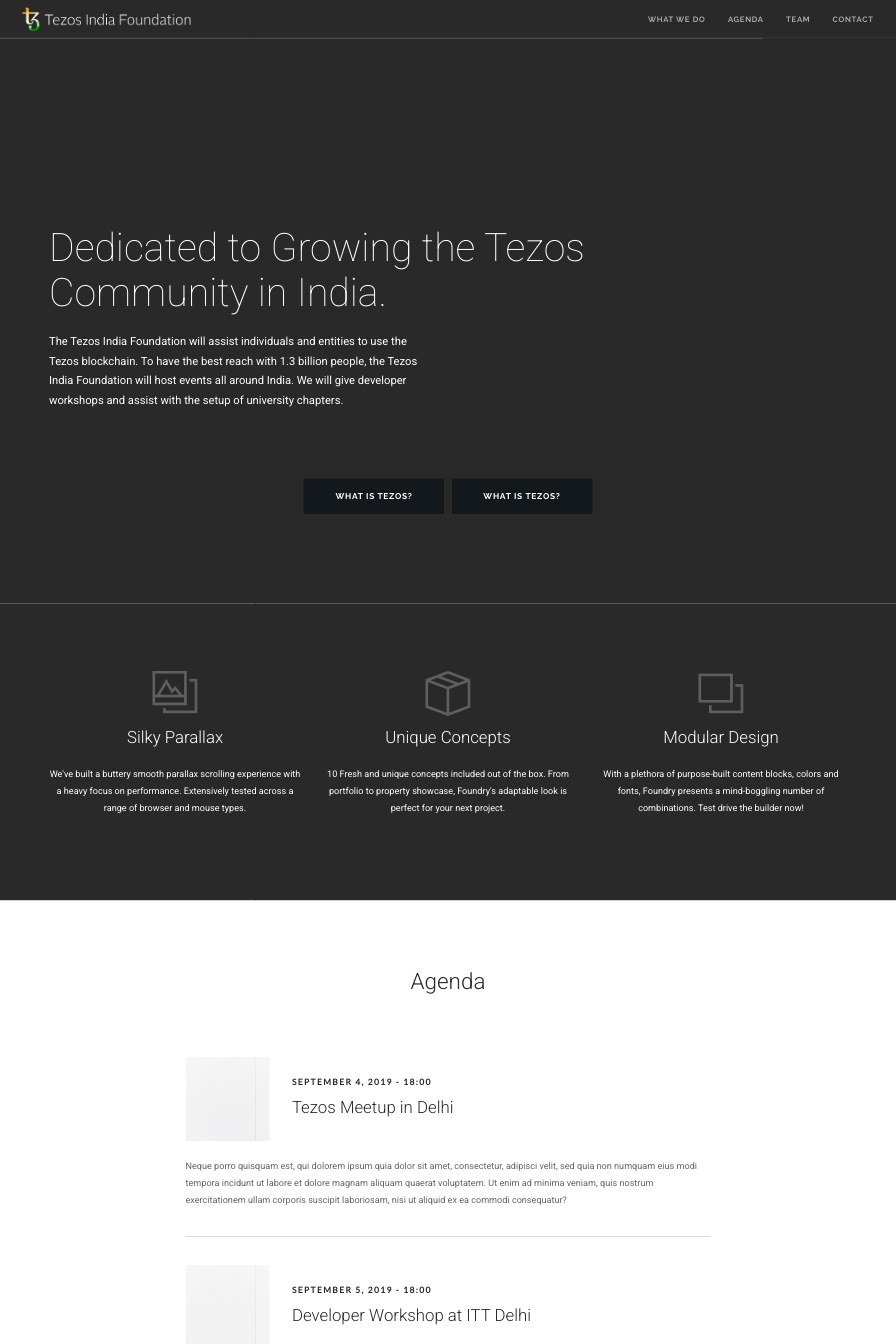
Repository: Tezos-India-Foundation/TIF-Website
Page: Tezos India Website/page.html
These files come from the project's save history. The page is drawn as it stood at one moment and after the next save; the edit follows.
The browser window is 1280 px wide. The pictures show the part of the page from y = 0 to 1920 px (the page is 3562 px tall), at 70% of full size.

Above is the page before, as saved 2019-08-06 15:56:06.

### Tezos India Website/page.html
<!doctype html>
<html lang="en">

<head>
	<meta charset="utf-8">
	<title></title>
	<meta name="viewport" content="width=device-width, initial-scale=1.0">
	<link href="css/font-awesome.min.css" rel="stylesheet" type="text/css" media="all">
	<link href="css/themify-icons.css" rel="stylesheet" type="text/css" media="all" />
	<link href="css/bootstrap.css" rel="stylesheet" type="text/css" media="all" />
	<link href="css/theme-nearblack.css" rel="stylesheet" type="text/css" media="all" />
	<link href="css/custom.css" rel="stylesheet" type="text/css" media="all" />
	<link
		href='http://fonts.googleapis.com/css?family=Lato:300,400%7CRaleway:100,400,300,500,600,700%7COpen+Sans:400,500,600'
		rel='stylesheet' type='text/css'>
	<link href="http://fonts.googleapis.com/css?family=Roboto:100,300,400,600,700" rel="stylesheet" type="text/css">
	<link href="css/font-roboto.css" rel="stylesheet" type="text/css">
</head>

<body>

	<div class="nav-container">




		<nav class="bg-dark">
			<div class="nav-bar">
				<div class="module left">
					<a href="index.html">
						<img class="logo logo-light" alt="Foundry" src="img\logo with text.png">
						<img class="logo logo-dark" alt="Foundry" src="img/logo-dark.png">
					</a>
				</div>
				<div class="module widget-handle mobile-toggle right visible-sm visible-xs">
					<i class="ti-menu"></i>
				</div>
				<div class="module-group right">
					<div class="module left">
						<ul class="menu">
							<li>
								<a href="#">What We Do</a>
							</li>
							<li>
								<a href="#">Agenda</a>
							</li>
							<li>
								<a href="#">Team</a>
							</li>
							<li>
								<a href="#">Contact</a>
							</li>
					</div>

				</div>
		</nav>





















































































	</div>

	<div class="main-container">





		<!-- <section class="cover fullscreen image-bg overlay">

			<div class="background-image-holder">
				<img alt="image" class="background-image" src="img/prop1.jpg">
			</div>
			<div class="container v-align-transform">
				<div class="row">
					<div class="col-sm-12 text-center">
						<h1 class="large mb16">Tezos India Foundation</h1>
						<h5 class="uppercase mb0">Education . meetups . partnerships</h5>
					</div>
				</div>

			</div>

			<div class="align-bottom relative-xs text-center" id="buttonslanding">
				<a class="btn btn-filled btn-lg mb32 mt-xs-40" href="#">What is Tezos?</a>
				<a class="btn btn-filled btn-lg mb32 mt-xs-40" href="#">Developer Resources</a>
			</div>

		</section> -->
		<section class="bg-dark">
			<div class="container">
				<div class="row">
					<!-- <div class="col-sm-12">

						<hr class="mb160 mb-xs-24">
					</div> -->
				</div>

				<div class="row" id="headerlanding">
					<div class="col-md-10">
						<h1 class="thin">Dedicated to Growing the Tezos Community in India.</h1>
					</div>
				</div>

				<div class="row mb160 mb-xs-0">
					<div class="col-md-6 col-sm-8">
						<p class="lead">The Tezos India Foundation will assist individuals and
							entities to use the Tezos blockchain. To have the best reach with 1.3 billion
							people, the Tezos India Foundation will host events all around
							India. We will give developer workshops and assist with the setup of university
							chapters.&nbsp;</p>
					</div>
				</div>

				<div class="align-bottom relative-xs text-center">
						<a class="btn btn-lg mb32 mt-xs-40 btn-filled" href="#">What is Tezos?</a>
						<a class="btn btn-lg mb32 mt-xs-40 btn-filled" href="#">What is Tezos?</a>
					</div>



			</div>

		</section>
	</section><section class="bg-dark">
			<div class="container">
				<div class="row">
					<div class="col-sm-4 text-center">
						<div class="feature">
							<i class="ti-gallery icon fade-3-4 inline-block mb16"></i>
							<h4>Silky Parallax</h4>
							<p>
								We've built a buttery smooth parallax scrolling experience with a heavy focus on performance. Extensively tested across a range of browser and mouse types.
							</p>
						</div>
					</div>
					<div class="col-sm-4 text-center">
						<div class="feature">
							<i class="ti-package icon fade-3-4 inline-block mb16"></i>
							<h4>Unique Concepts</h4>
							<p>
								10 Fresh and unique concepts included out of the box. From portfolio to property showcase, Foundry's adaptable look is perfect for your next project.
							</p>
						</div>
					</div>
					<div class="col-sm-4 text-center">
						<div class="feature">
							<i class="ti-layers icon fade-3-4 inline-block mb16"></i>
							<h4>Modular Design</h4>
							<p>
								With a plethora of purpose-built content blocks, colors and fonts, Foundry presents a mind-boggling number of combinations. Test drive the builder now!
							</p>
						</div>
					</div>
				</div>

			</div>

		</section>
		<section>
			<div class="container">
				<div class="row mb64 mb-xs-24">
					<div class="col-sm-12 text-center">
						<h3>Agenda</h3>

					</div>
				</div>

				<div class="row">
					<div class="col-md-offset-2 col-md-8">
						<div class="tabbed-content button-tabs">


									<div class="tab-content text-left">
										<div>
											<div class="overflow-hidden">
												<img alt="Pic" class="mb24 pull-left" src="img/avatar1.png">
												<div class="pull-left p32 p0-xs pt24">
													<h6 class="uppercase mb8 number">September 4, 2019 - 18:00</h6>
													<h4>Tezos Meetup in Delhi</h4>
												</div>
											</div>
											<p>
												Neque porro quisquam est, qui dolorem ipsum quia dolor sit amet,
												consectetur, adipisci velit, sed quia non numquam eius modi tempora
												incidunt ut labore et dolore magnam aliquam quaerat voluptatem. Ut enim
												ad minima veniam, quis nostrum exercitationem ullam corporis suscipit
												laboriosam, nisi ut aliquid ex ea commodi consequatur?
											</p>
											<hr class="mt40 mb40 mt-xs-0 mb-xs-24">
										</div>
										<div>
											<div class="overflow-hidden">
												<img alt="Pic" class="mb24 pull-left" src="img/avatar2.png">
												<div class="pull-left p32 p0-xs pt24">
													<h6 class="uppercase mb8 number">September 5, 2019 - 18:00</h6>
													<h4>Developer Workshop at ITT Delhi</h4>
												</div>
											</div>
											<p>
												Sed ut perspiciatis unde omnis iste natus error sit voluptatem
												accusantium doloremque laudantium, totam rem aperiam, eaque ipsa quae ab
												illo inventore veritatis et quasi architecto beatae vitae dicta sunt
												explicabo. Nemo enim ipsam voluptatem quia voluptas sit aspernatur aut
												odit aut fugit, sed quia consequuntur magni
											</p>
											<hr class="mt40 mb40 mt-xs-0 mb-xs-24">
										</div>
										<div>
											<div class="overflow-hidden">
												<img alt="Pic" class="mb24 pull-left" src="img/avatar2.png">
												<div class="pull-left p32 p0-xs pt24">
													<h6 class="uppercase mb8 number">September 5, 2019 - 18:00</h6>
													<h4>Developer Workshop at ITT Delhi</h4>
												</div>
											</div>
											<p>
												Sed ut perspiciatis unde omnis iste natus error sit voluptatem
												accusantium doloremque laudantium, totam rem aperiam, eaque ipsa quae ab
												illo inventore veritatis et quasi architecto beatae vitae dicta sunt
												explicabo. Nemo enim ipsam voluptatem quia voluptas sit aspernatur aut
												odit aut fugit, sed quia consequuntur magni
											</p>
											<hr class="mt40 mb40 mt-xs-0 mb-xs-24">
										</div>
									</div>

						</div>

					</div>
				</div>


		</section>
		<section class="bg-dark">
			<div class="container">
				<div class="row">
					<div class="col-md-4 col-sm-6">
						<div class="image-tile outer-title text-center">
							<img alt="Pic" src="img/team-1.jpg">
							<div class="title mb16">
								<h5 class="uppercase mb0">Bernd Oostrum</h5>
								<span>Director</span>
							</div>
							<p class="mb0">
								Sed ut perspiciatis unde omnis iste natus error sit voluptatem accusantium doloremque
								laudantium, totam rem aperiam, eaque ipsa quae ab illo inventore veritatis.
							</p>
						</div>
					</div>
					<div class="col-md-4 col-sm-6">
						<div class="image-tile outer-title text-center">
							<img alt="Pic" src="img/team-2.jpg">
							<div class="title mb16">
								<h5 class="uppercase mb0">Om Malviya</h5>
								<span>Director</span>
							</div>
							<p class="mb0">
								Sed ut perspiciatis unde omnis iste natus error sit voluptatem accusantium doloremque
								laudantium, totam rem aperiam, eaque ipsa quae ab illo inventore veritatis.
							</p>
						</div>
					</div>
					<div class="col-md-4 col-sm-6">
						<div class="image-tile outer-title text-center">
							<img alt="Pic" src="img/team-3.jpg">
							<div class="title mb16">
								<h5 class="uppercase mb0">Gokul Alex</h5>
								<span>Director</span>
							</div>
							<p class="mb0">
								Sed ut perspiciatis unde omnis iste natus error sit voluptatem accusantium doloremque
								laudantium, totam rem aperiam, eaque ipsa quae ab illo inventore veritatis.
							</p>
						</div>
					</div>
				</div>

			</div>

		</section>
		<section class="bg-primary">
			<div class="container">
				<div class="row">
					<div class="col-sm-12 text-center">
						<h3 class="mb0 inline-block p32 p0-xs">Interested in exploring Tezos?</h3>
						<a class="btn btn-lg btn-white mb8 mt-xs-24" href="#">Reach out</a>
					</div>
				</div>

			</div>

		</section>
		<footer class="footer-2 bg-dark text-center-xs">
			<div class="container">
				<div class="row">
					<div class="col-sm-4">
						<a href="#"><img class="image-xxs fade-half" alt="Pic" src="img\logo with text.png"></a>
					</div>

					<div class="col-sm-5 text-center">
						<span class="fade-half">
							© Copyright 2019 Tezos India Foundation - All Rights Reserved
						</span>
					</div>

					<div class="col-sm-3 text-right text-center-xs">
						<ul class="list-inline social-list">
							<li><a href="#"><i class="ti-twitter-alt"></i></a></li>
							<li><a href="#"><i class="ti-facebook"></i></a></li>
							<li><a href="#"><i class="ti-linkedin"></i></a></li>

						</ul>
					</div>
				</div>
			</div>
		</footer>
	</div>


	<script src="js/jquery.min.js"></script>
	<script src="js/bootstrap.min.js"></script>
	<script src="js/parallax.js"></script>
	<script src="js/scripts.js"></script>
</body>

</html>

### Tezos India Website/css/custom.css
/****** PLACE YOUR CUSTOM STYLES HERE ******/

#headerlanding {
    padding-top: 15%;
}

Loaded but not shown: Tezos India Website/css/font-awesome.min.css (library); Tezos India Website/css/themify-icons.css (common file); Tezos India Website/css/bootstrap.css (library); Tezos India Website/css/font-roboto.css (common file); Tezos India Website/js/jquery.min.js (library); Tezos India Website/js/bootstrap.min.js (library); Tezos India Website/js/parallax.js (library); Tezos India Website/js/scripts.js (1387 lines, source omitted); Tezos India Website/css/theme-nearblack.css (5712 lines, source omitted)

After the next save:
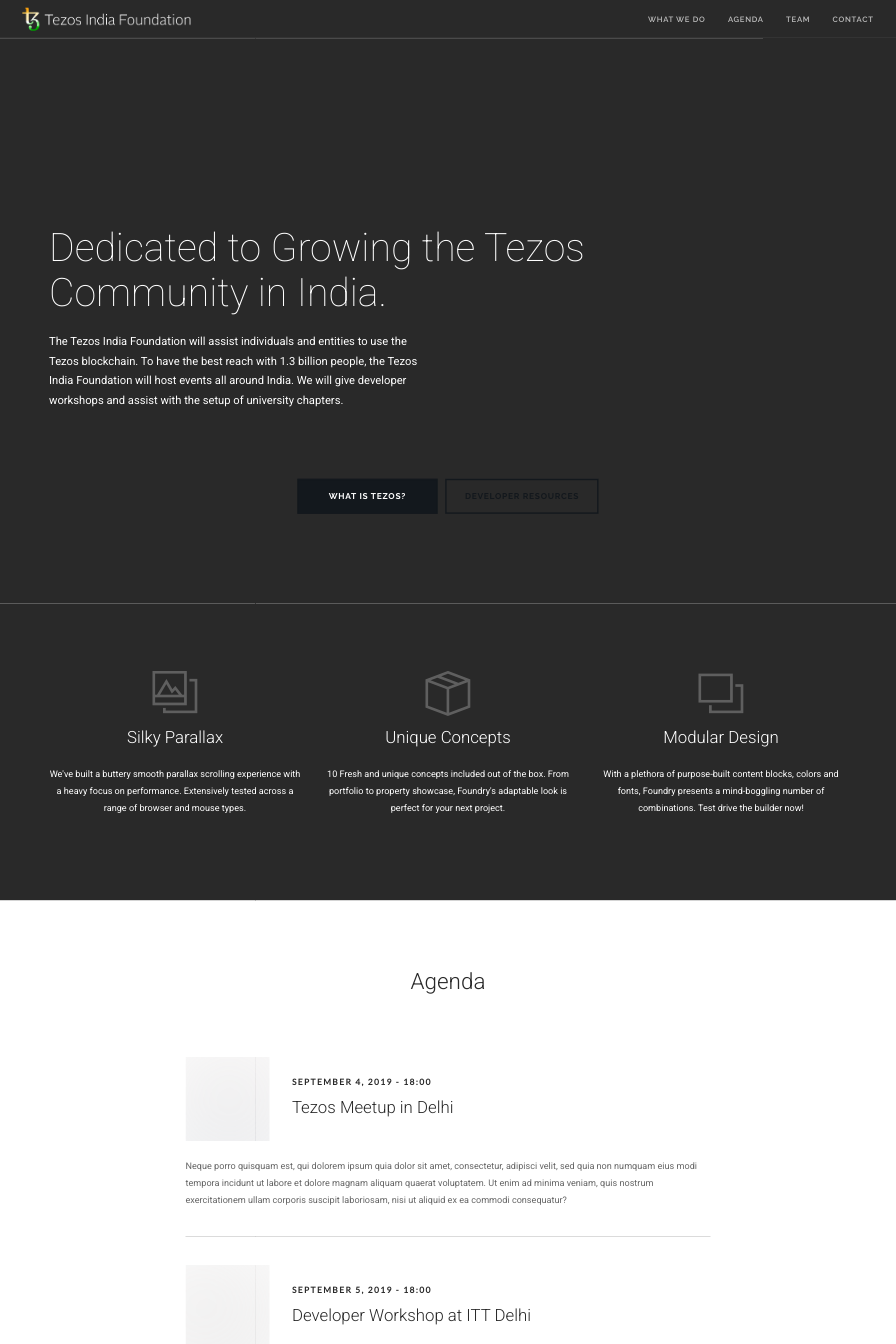
Saved 2 min 28 s later.
--- a/Tezos India Website/page.html
+++ b/Tezos India Website/page.html
@@ -195,7 +195,7 @@
 
 				<div class="align-bottom relative-xs text-center">
 						<a class="btn btn-lg mb32 mt-xs-40 btn-filled" href="#">What is Tezos?</a>
-						<a class="btn btn-lg mb32 mt-xs-40 btn-filled" href="#">What is Tezos?</a>
+						<a class="btn btn-lg mb32 mt-xs-40" href="#">Developer Resources</a>
 					</div>
 
 
